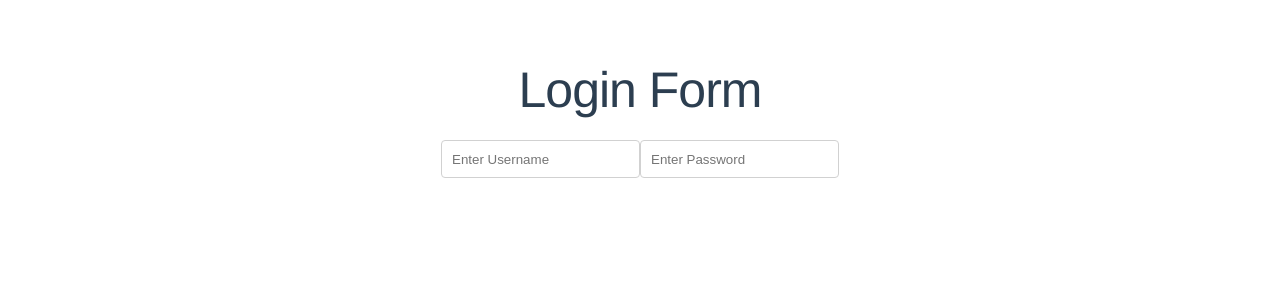
Repository: chsvk/Vue-JS-Course
Page: /
The author's editor kept a copy of each file at every save. The page is drawn from the files as they stood at one save, then again after the next save.
The browser window is 1280 px wide. The pictures show the whole page.
The project was rebuilt for these pictures with package versions that can differ from the ones it lists, and the page was loaded fresh each time.

Above is the page before, as saved 2019-03-12 21:15:34.

After the next save:
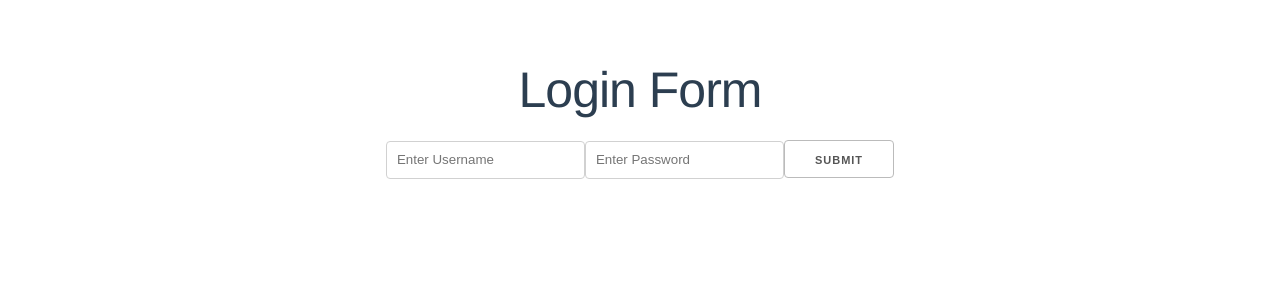
Saved 47 s later.
--- a/src/components/Login.vue
+++ b/src/components/Login.vue
@@ -1,14 +1,19 @@
 <template>
-    <form action="">
+    <form @submit.prevent="submitForm()" action="">
         <h1>Login Form</h1>
         <input type="text" placeholder="Enter Username">
         <input type="text" placeholder="Enter Password">
+        <button type="submit">Submit</button>
     </form>
 </template>
 
 <script>
 export default {
-
+    methods: {
+        submitForm(){
+            console.log('Form Has Been Submittted')
+        }
+    }
 }
 </script>
 
